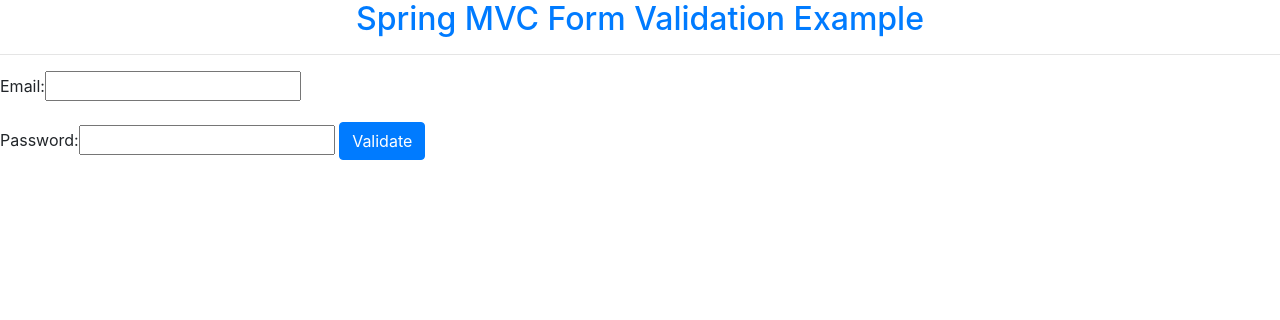
Repository: PradeepBala402/Pradeep
Page: http://localhost/Spring-Validation/init
These files come from the project's save history. The page is drawn as it stood at one moment and after the next save; the edit follows.
The browser window is 1280 px wide. The pictures show the whole page.
The page is served by Tomcat 9. Other server files are loaded and not shown.

Above is the page before, as saved 2019-10-10 11:50:21.

### Spring-Validation/src/main/webapp/WEB-INF/pages/loginForm.jsp
<%@ page language="java" contentType="text/html; charset=UTF-8"
    pageEncoding="UTF-8"%>
<%@ taglib prefix="form" uri="http://www.springframework.org/tags/form" %>
<html>
    <head>
        <title>Login</title>
        <meta http-equiv="Content-Type" content="text/html; charset=UTF-8">
        <link rel="stylesheet" href="https://maxcdn.bootstrapcdn.com/bootstrap/4.1.3/css/bootstrap.min.css">
        <style type="text/css">
            .errormsg {
                color: red;
            }
        </style>
    </head>
    <body>

            <h2 align="center" class="text-primary">Spring MVC Form Validation Example</h2>
            <hr />
            <div> </div>

            <form:form action="/Spring-Validation/login" method="POST" modelAttribute="userform">
                 <div class="form-group">
                    <label>Email:</label><form:input path="email"/>
                    <small><form:errors path="email" cssClass="errormsg"/></small>
                 </div>
                 <div class="form-group">
                    <label>Password:</label><form:password path="password"/>
                    <small><form:errors path="password" cssClass="errormsg"/></small>


                    <button type="submit" class="btn btn-primary">Validate</button>

            </form:form>
        </div>
    </body>
</html>

After the next save:
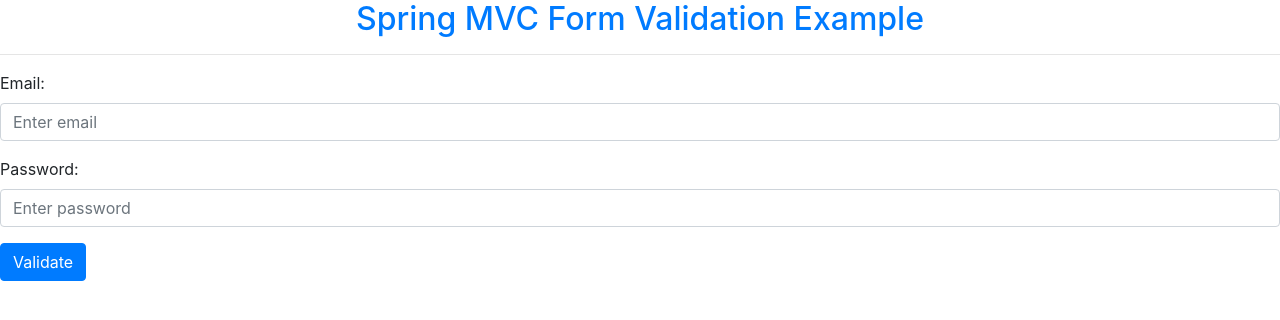
Saved 6 min 45 s later.
--- a/Spring-Validation/src/main/webapp/WEB-INF/pages/loginForm.jsp
+++ b/Spring-Validation/src/main/webapp/WEB-INF/pages/loginForm.jsp
@@ -19,18 +19,20 @@
             <div> </div>
 
             <form:form action="/Spring-Validation/login" method="POST" modelAttribute="userform">
-                 <div class="form-group">
-                    <label>Email:</label><form:input path="email"/>
-                    <small><form:errors path="email" cssClass="errormsg"/></small>
+                  <div class="form-group">
+                    <label>Email:</label><form:input path="email" size="30" cssClass="form-control" placeholder="Enter email" />
+                    <small><form:errors path="email" cssClass="errormsg" /></small>
                  </div>
                  <div class="form-group">
-                    <label>Password:</label><form:password path="password"/>
-                    <small><form:errors path="password" cssClass="errormsg"/></small>
+                    <label>Password:</label><form:password path="password" size="30" cssClass="form-control" placeholder="Enter password" />
+                    <small><form:errors path="password" cssClass="errormsg" /></small>
+                 </div>
+                 <div class="form-group">
+                    <button type="submit" class="btn btn-primary">Validate</button>
+                 </div>
+            </form:form>
+        </div>
 
 
-                    <button type="submit" class="btn btn-primary">Validate</button>
-
-            </form:form>
-        </div>
     </body>
 </html>
